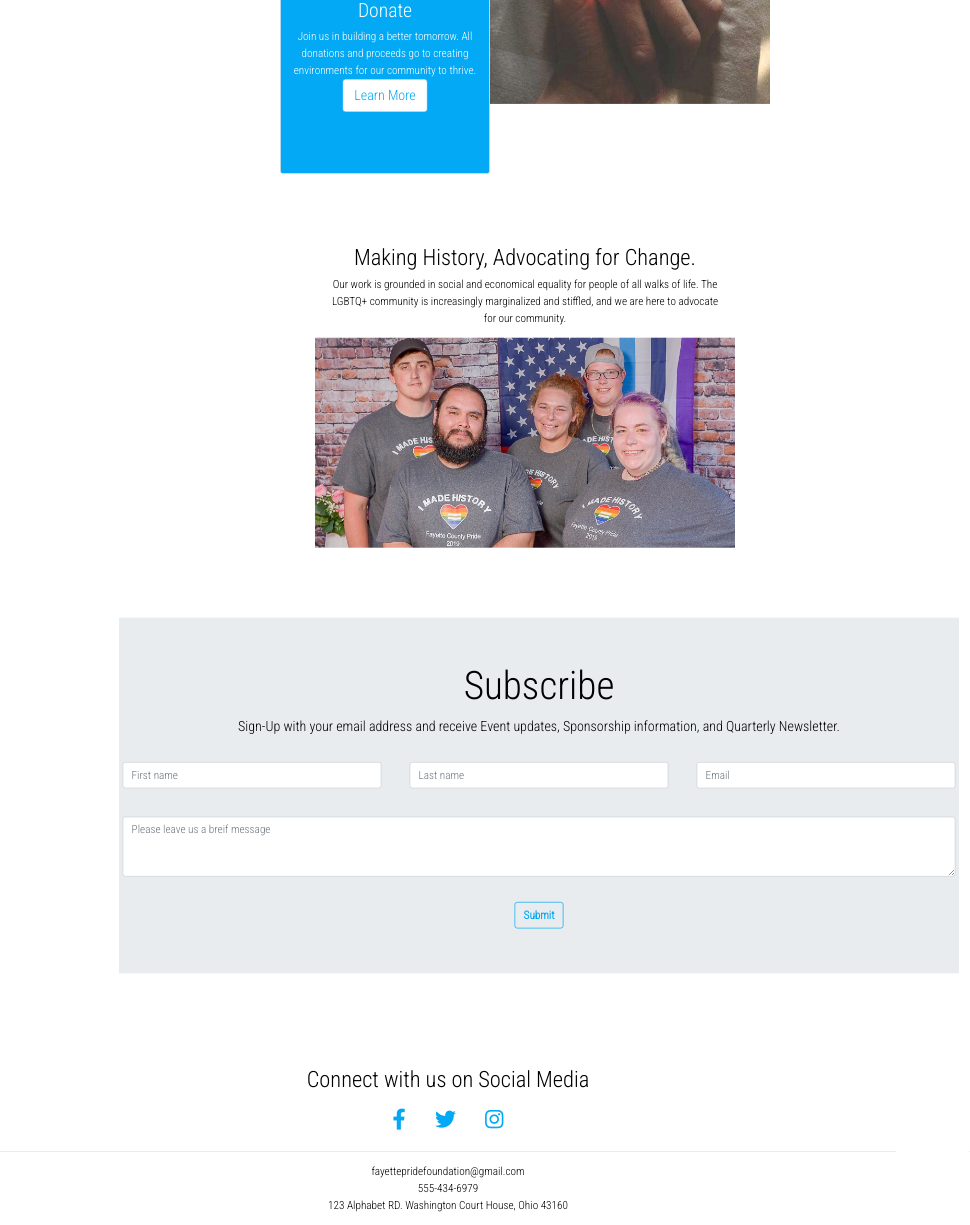
Repository: Code-Institute-Submissions/https-github.com-callendera-Milestone-Project-2
Page: index.html
The author's editor kept a record of every edit. The page is drawn from the files as they stood at one moment, then again after the next edit.
The browser window is 1280 px wide. The page is 1385 px wide, so the pictures cover 1385 px, including what lies to the right of the window. The pictures show the part of the page from y = 2108 to 3868 px (the page is 3858 px tall before and 3868 px after), at 70% of full size.
Backgrounds fixed to the window are drawn as part of the page. Some web libraries are served in a nearby version.

Above is the page before.

### index.html
<!DOCTYPE html>
<html lang="en">

<head>
    <meta charset="UTF-8">
    <meta name="viewport" content="width=device-width, initial-scale=1.0">
    <meta http-equiv="X-UA-Compatible" content="ie=edge">
    <title>Fayette County PRIDE</title>


    <link href="https://fonts.googleapis.com/css?family=Amatic+SC:700|Roboto+Condensed:300&display=swap" rel="stylesheet">

    <!--this code provides my Icons-->
    <link rel="stylesheet" href="https://use.fontawesome.com/releases/v5.8.1/css/all.css" integrity="sha384-50oBUHEmvpQ+1lW4y57PTFmhCaXp0ML5d60M1M7uH2+nqUivzIebhndOJK28anvf" crossorigin="anonymous">
    <!--this code allows me to use bootstrap styles and pieces of code-->
    <link rel="stylesheet" href="https://stackpath.bootstrapcdn.com/bootstrap/4.3.1/css/bootstrap.min.css" integrity="sha384-ggOyR0iXCbMQv3Xipma34MD+dH/1fQ784/j6cY/iJTQUOhcWr7x9JvoRxT2MZw1T" crossorigin="anonymous">

    <!--links to my style sheet: style.css-->
    <link rel="stylesheet" href="assets/css/style.css" type="text/css" />

</head>

<body>
    <!--NavBar-->

    <!--Navbar styles are given by the class names. and the navbar is fixed at the top to allow a better UX-->


    <nav class="navbar navbar-light my-navbar navbar-expand-sm fixed-top">
        <a class="navbar-brand my-navbar-brand" href="#">
    <img src="assets/images/logo.jpg" width="175" height="125" class="d-inline-block align-top" alt="Fayette County PRIDE logo">
  </a>

        <!--this code allows my navbar tp be compressed into a navbar toggler on smaller screen sizes-->
        <button class="navbar-toggler ml-auto my-navbar-toggler" type="button" data-toggle="collapse" data-target="#navbarNavDropdown" aria-controls="navbarNavDropdown" aria-expanded="false" aria-label="Toggle navigation">
            <span class="navbar-toggler-icon my-navbar-toggler-icon"></span></button>


        <!--this code targets the toggler-->
        <div class="collapse navbar-collapse" id="navbarNavDropdown">
            <!--these are my links to navigate you through the site-->
            <ul class="navbar-nav my-navbar-nav mr-auto justify-content-center">
                <li class="nav-item mr-2"><a class="nav-link my-nav-link" href="//">Sponsorship</a></li>
                <li class="nav-item mr-2"><a class="nav-link my-nav-link" href="//">Events</a></li>
                <li class="nav-item mr-2"><a class="nav-link my-nav-link" href="//">Volunteer</a></li>
                <li class="nav-item mr-6"><a class="nav-link my-nav-link" href="contact.html">Learn More</a></li>
            </ul>
            <!--This code blocks the button and text from being shown on small screens, but appears on larger screen sizes-->
            <div class="d-none d-lg-block">
                <!--gives the viewer the oportunity to become a sponsor while still browsing the site-->

                <a href="contact.html"><button type="button" class="btn btn-lg my-nav-btn btn-success my-btn">Donate</button></a>
            </div>
        </div>
    </nav>
    <!--navbar-->

    <!--CallOut-->
    <!-- this div allows for a full width container, spanning the entire width of the viewport.-->
    <div class="container-fluid">


        <!--holds the background picture for the landing page-->

        <div class="col-12 callout-container">




        </div>
        <!--callout-->
        <hr>
        <!--Involved-->
        <div class="row text-center involved-margin">

            <span class="border-top-0 rounded border involved-span">
                <div class="involved-padding">
                <h3>Volunteer</h3>
               <p>Get involved and join us in making history. Our work would not be possible without you. We rely on the passion and expertise of volunteers to make our vision a reality. </p> <a href="contact.html"><button type="button" class="btn btn-lg my-nav-btn btn-success my-involved-btn">Learn More</button></a>
                </div>
            </span>


            <div class="involved-div1 rounded-top float-right">
                <!--<img src="assets/images/rainbow.jpg" class="rounded-top float-right" alt="...">-->
            </div>

        </div>
        <div class="row text-center involved-margin">
            <div class="involved-div2 rounded-top float-left">
                <!--<img src="assets/images/vendors.jpg" class="rounded-top float-left" alt="...">-->
            </div>

            <span class="border-top-0 rounded border involved-span">
                <div class="involved-padding">
                <h3>Vendor Application</h3>
             <p>We are looking for locally sourced and community oriented vendors to help represent our foundation. Vendor applications are available in a PDF and online form.<a href="contact.html"><button type="button" class="btn btn-lg my-nav-btn btn-success my-involved-btn">Learn More</button></a></p>
                </div>
            </span>
        </div>
    </div>
    <div class="row text-center involved-margin">

        <span class="border-top-0 rounded border involved-span">
            <div class="involved-padding">
                <h3>Donate</h3>
                <p>Join us in building a better tomorrow. All donations and proceeds go to creating environments for our community to thrive. <a href="contact.html"><button type="button" class="btn btn-lg my-nav-btn btn-success my-involved-btn">Learn More</button></a></p>
                </div>
            </span>

        <div class="involved-div3 rounded-top float-right">
            <!--<img src="assets/images/holding.jpg" class="rounded-top float-right" alt="...">-->
        </div>

    </div>


    <div class="row text-center history-div">
        <div class="col-12 history-col">
            <h2>Making History, Advocating for Change.</h2>
            <p>Our work is grounded in social and economical equality for people of all walks of life. The LGBTQ+ community is increasingly marginalized and stiffled, and we are here to advocate for our community. </p>
        </div>
        <div class="col-12 group-image-div">

        </div>
    </div>
    <div class="jumbotron jumbotron-fluid my-jumbotron text-center">
        <div class="container">
            <h1 class="display-4">Subscribe</h1>
            <p class="lead">Sign-Up with your email address and receive Event updates, Sponsorship information, and Quarterly Newsletter.</p>
        </div>
        <form>
            <div class="row">
                <div class="col-4 my-text-box">
                    <input type="text" class="form-control" placeholder="First name">
                </div>
                <div class="col-4 my-text-box">
                    <input type="text" class="form-control" placeholder="Last name">
                </div>
                <div class="col-4 my-text-box">
                    <input type="email" class="form-control" id="inputEmail3" placeholder="Email">
                </div>
                <div class="form-group col-12 my-text-box">

                    <textarea class="form-control" id="exampleFormControlTextarea1" placeholder="Please leave us a breif message" rows="3"></textarea>
                </div>
                <div class="col-12">
                    <button type="submit" class="btn btn-primary my-btn">Submit</button>
                </div>
            </div>
        </form>
    </div>
    <div class="col-12 social-container text-center">
        <h2 class="social-heading">Connect with us on Social Media</h2>
        <div>



            <!--all social media links are placed within a span to allow them to line up inline-->
            <ul class="list-inline social-media">
                <!--atrribute is given to make the social media symbol a link to the facebook page-->
                <li class="list-inline-item"><a href="//" target="_blank"><i class="fab fa-facebook-f"></i>
                    <span class="sr-only">Facebook</span></a></li>
                <!--atrribute is given to make the social media symbol a link to the twitter page-->
                <li class="list-inline-item"><a href="//" target="_blank"><i class="fab fa-twitter"></i>
                    <span class="sr-only">Twitter</span></a></li>
                <!--atrribute is given to make the social media symbol a link to the youtube page-->
                <li class="list-inline-item"><a href="//" target="_blank"><i class="fab fa-instagram"></i>
                    <span class="sr-only">Instagram</span></a></li>
            </ul>
        </div>
    </div>



    <!--involved-->
    <hr>

    <footer>
        <div class="row text-center">



            <!--entire section gives the user the info on how to contact the band-->



            <div class="col-12">


                <p>fayettepridefoundation@gmail.com</br>
                    555-434-6979</br>
                    123 Alphabet RD. Washington Court House, Ohio 43160
                </p>

            </div>





        </div>
    </footer>
    <!--contactinfo-->
    </div>
    <!--script used for DOM manipulation in modal-->
    <script src="https://code.jquery.com/jquery-3.3.1.slim.min.js" integrity="sha384-q8i/X+965DzO0rT7abK41JStQIAqVgRVzpbzo5smXKp4YfRvH+8abtTE1Pi6jizo" crossorigin="anonymous"></script>

    <!--positioning engine, used throughout webpage-->
    <script src="https://cdnjs.cloudflare.com/ajax/libs/popper.js/1.14.7/umd/popper.min.js" integrity="sha384-UO2eT0CpHqdSJQ6hJty5KVphtPhzWj9WO1clHTMGa3JDZwrnQq4sF86dIHNDz0W1" crossorigin="anonymous"></script>

    <!--script needed to link my bootstrap classes-->
    <script src="https://stackpath.bootstrapcdn.com/bootstrap/4.3.1/js/bootstrap.min.js" integrity="sha384-JjSmVgyd0p3pXB1rRibZUAYoIIy6OrQ6VrjIEaFf/nJGzIxFDsf4x0xIM+B07jRM" crossorigin="anonymous"></script>

    </div>

</body>

</html>

### assets/css/style.css
/** {*/
/*  background: #000 !important;*/
/*  color: #0f0 !important;*/
/*  outline: solid #f00 1px !important;*/
/*}*/


/*--Background Styles--*/
body {
    font-family: 'Roboto Condensed', sans-serif;

    background-color: #ffffff;
    color: black;
}

.callout-container {
    /*--- sets background image for callout container. it is set to not repeat, so the image doesnt stretch, and the image will be centered horizontally and pushed to the top of the container. the background will also not scroll, but remained positioned so things will scroll past it---*/
    background: url("../images/crowd.jpg")no-repeat center center fixed;
    /*--- adjusts background for different browsers ---*/
    -webkit-background-size: cover;
    -moz-background-size: cover;
    -o-background-size: cover;
    background-size: cover;

    /*--- makes the background fit to the container ---*/
    overflow: hidden;

    /*--- aligns and justifies text in container ---*/
    align-items: center;
    justify-content: center;
    /*--- the height that container will take up in the viewport ---*/
    height: 100vh;

}

.involved-container {
    color: black;
    padding-top: 500px;

    /*--- makes the background fit to the container ---*/
    overflow: hidden;

    /*--- aligns and justifies text in container ---*/
    align-items: center;
    justify-content: center;
    /*--- the height that container will take up in the viewport ---*/
    height: 60vh;

}

.opaque-overlay {
    /*---positioned relative to the nearest positioned ancestor---*/
    position: absolute;
    top: 0;
    left: 0;
    /*--- size of overlay to just cover background image ---*/
    height: 100%;
    width: 100%;
    /*--- color of background to be grey but almost transparent to make white text stand out ---*/
    background-color: rgba(0, 0, 0, 0.55);

    /*---pulls content forward to be visible on Z-index axis---*/
    z-index: 1;

}

/*--Navbar Styles--*/

.my-navbar {
    font-family: 'Roboto Condensed', sans-serif;

    /*--- removes margins automatically set by bootstrap ---*/
    margin: 0;
    /*--- removes padding automatically set by bootstrap ---*/
    padding-left: 20px;
    padding-right: 20px;
    padding-bottom: 0;
    padding-top: 0;
    background-color: #ffffff;
    /*--- color of text white ---*/

    height: 150px;
}

.my-navbar-nav {
    /*--- removes padding automatically set by bootstrap ---*/
    padding-left: 30px;
    /*--- color of text white ---*/


}



.my-nav-link {
    /*--- color of text white ---*/
    color: black;
    /*--- color change transition when hovering over my-nav-link ---*/
    transition: all 0.40s ease-in-out;
    -moz-transition: all 0.40s ease-in-out;
    -webkit-transition: all 0.40s ease-in-out;
    -o-transition: all 0.40s ease-in-out;
    /*--- adjustments for each web browser ---*/
}


.my-navbar-toggler {
    /*--- display to fill contents ---*/
    display: contents;
    width: 2em;
    height: 2em;
    /*--- aligns to fit toggler container ---*/
    vertical-align: middle;
    /*--- content aligned according to parent element ---*/
    content: "";
    /*--- toggler doesn't repeat and it center to container ---*/
    background: no-repeat center center;
    /*--- toggler 100% of toggler container ---*/
    background-size: 100% 100%;

    /*--- color of text white ---*/
    color: black;
    /*--- removes margins automatically set by bootstrap ---*/
    margin-right: 30px;
}

.my-navbar-toggler-icon {
    /*--- color of icon white ---*/
    color: black;

}

.my-navbar-brand {
    font-family: 'Amatic SC', cursive;

}

/*--Buttons--*/

.my-btn {
    /*---blue color--*/
    background-color: #28a74500;
    border-color: #03A9F4;
    color: #03A9F4;
    font-weight: 800;

}

.my-btn:hover {
    /*--- color of background: blue ---*/
    background-color: #03A9F4;
    /*--- when mouse is hovered the button will transition for .40seconds to a darker green color. the color will gradually ease in and then ease out. ---*/
    transition: all 0.40s ease-in-out;
    -moz-transition: all 0.40s ease-in-out;
    -webkit-transition: all 0.40s ease-in-out;
    -o-transition: all 0.40s ease-in-out;
    /*--- adjustments for each web browser ---*/
}

.my-involved-btn {
    background-color: #ffffff;
    border-color:  #03A9F4;
    color:  #03A9F4;
}

.my-involved-btn:hover {
    /*--- color of background: blue ---*/
    background-color: #03A9F4;
    /*--- when mouse is hovered the button will transition for .40seconds to a darker green color. the color will gradually ease in and then ease out. ---*/
    transition: all 0.40s ease-in-out;
    -moz-transition: all 0.40s ease-in-out;
    -webkit-transition: all 0.40s ease-in-out;
    -o-transition: all 0.40s ease-in-out;
    /*--- adjustments for each web browser ---*/
}

.social-heading {
    padding-top: 100px;
}

.social-media i {
    /*---blue color--*/
    color: #03A9F4;
    font-size: 30px;
    padding: 15px;
}

.social-media i:hover {
 /*--- color of background: darker green ---*/
    color: #2567ae;
    /*--- when mouse is hovered the button will transition for .40seconds to a darker green color. the color will gradually ease in and then ease out. ---*/
    transition: all 0.40s ease-in-out;
    -moz-transition: all 0.40s ease-in-out;
    -webkit-transition: all 0.40s ease-in-out;
    -o-transition: all 0.40s ease-in-out;
    /*--- adjustments for each web browser ---*/
}


.my-icon i {
    /*---blue color--*/
     color:  #03A9F4;
    font-size: 50px;
}
.my-icon i:hover {
     /*--- color of background: darker blue ---*/
    color: #2567ae;
    /*--- when mouse is hovered the button will transition for .40seconds to a darker blue color. the color will gradually ease in and then ease out. ---*/
    transition: all 0.40s ease-in-out;
    -moz-transition: all 0.40s ease-in-out;
    -webkit-transition: all 0.40s ease-in-out;
    -o-transition: all 0.40s ease-in-out;
    /*--- adjustments for each web browser ---*/
}

/*--- Images ---*/

.involved-div3 {

     background: url("../images/holding.jpg")no-repeat center center;
    /*--- adjusts background for different browsers ---*/
    -webkit-background-size: cover;
    -moz-background-size: cover;
    -o-background-size: cover;
    background-size: cover;

    /*--- makes the background fit to the container ---*/
    overflow: hidden;

    /*--- aligns and justifies text in container ---*/
    align-items: center;
    justify-content: center;

    width: 400px;
    height: 400px;
}

.involved-div2 {

     background: url("../images/vendors.jpg")no-repeat center center;
    /*--- adjusts background for different browsers ---*/
    -webkit-background-size: cover;
    -moz-background-size: cover;
    -o-background-size: cover;
    background-size: cover;

    /*--- makes the background fit to the container ---*/
    overflow: hidden;

    /*--- aligns and justifies text in container ---*/
    align-items: center;
    justify-content: center;

    width: 400px;
    height: 400px;
}

.involved-div1 {

     background: url("../images/rainbow.jpg")no-repeat center center;
    /*--- adjusts background for different browsers ---*/
    -webkit-background-size: cover;
    -moz-background-size: cover;
    -o-background-size: cover;
    background-size: cover;

    /*--- makes the background fit to the container ---*/
    overflow: hidden;

    /*--- aligns and justifies text in container ---*/
    align-items: center;
    justify-content: center;

    width: 400px;
    height: 400px;
}

.involved-padding {
    padding-top: 50px;
}

.involved-margin {
    margin-left: 400px;
    margin-top: 40px;
}

.involved-span {
    width: 300px;
    height: 300px;
    background-color: #03A9F4;
    margin-top: 200px;
    color: #ffffff;
}

.history-div {
    width: 600px;
    margin-left: 450px;
    padding-top: 100px;
}

.group-image-div {

     background: url("../images/group.png")no-repeat center center;
    /*--- adjusts background for different browsers ---*/
    -webkit-background-size: cover;
    -moz-background-size: cover;
    -o-background-size: cover;
    background-size: cover;

    /*--- makes the background fit to the container ---*/
    overflow: hidden;

    /*--- aligns and justifies text in container ---*/
    align-items: center;
    justify-content: center;

    height: 300px;
    width: 800px;
    margin-left: ;

}

/*---MISC.--*/

.my-text-box {
    padding: 20px;
}

.my-jumbotron {
    width: 1200px;
    margin-left: 170px;
    margin-top: 100px;

}

.involved-container {
    padding: 0px;
}

.cover-heading {
    font-family: 'Amatic SC', cursive;
    font-size: 100px;
    padding-top: 100px;

}

/*---Media Queries--*/

@media (min-width: 576px){
    .my-navbar-nav {
    padding-left: 0px;
}

.opaque-overlay {
   height: 60vh;

}

.involved-container {
    padding: 0px;
}



}

@media (min-width: 992px) {

}

@media (min-width: 1200px){

.opaque-overlay {
   height: 90vh;

}


}

After the next edit:
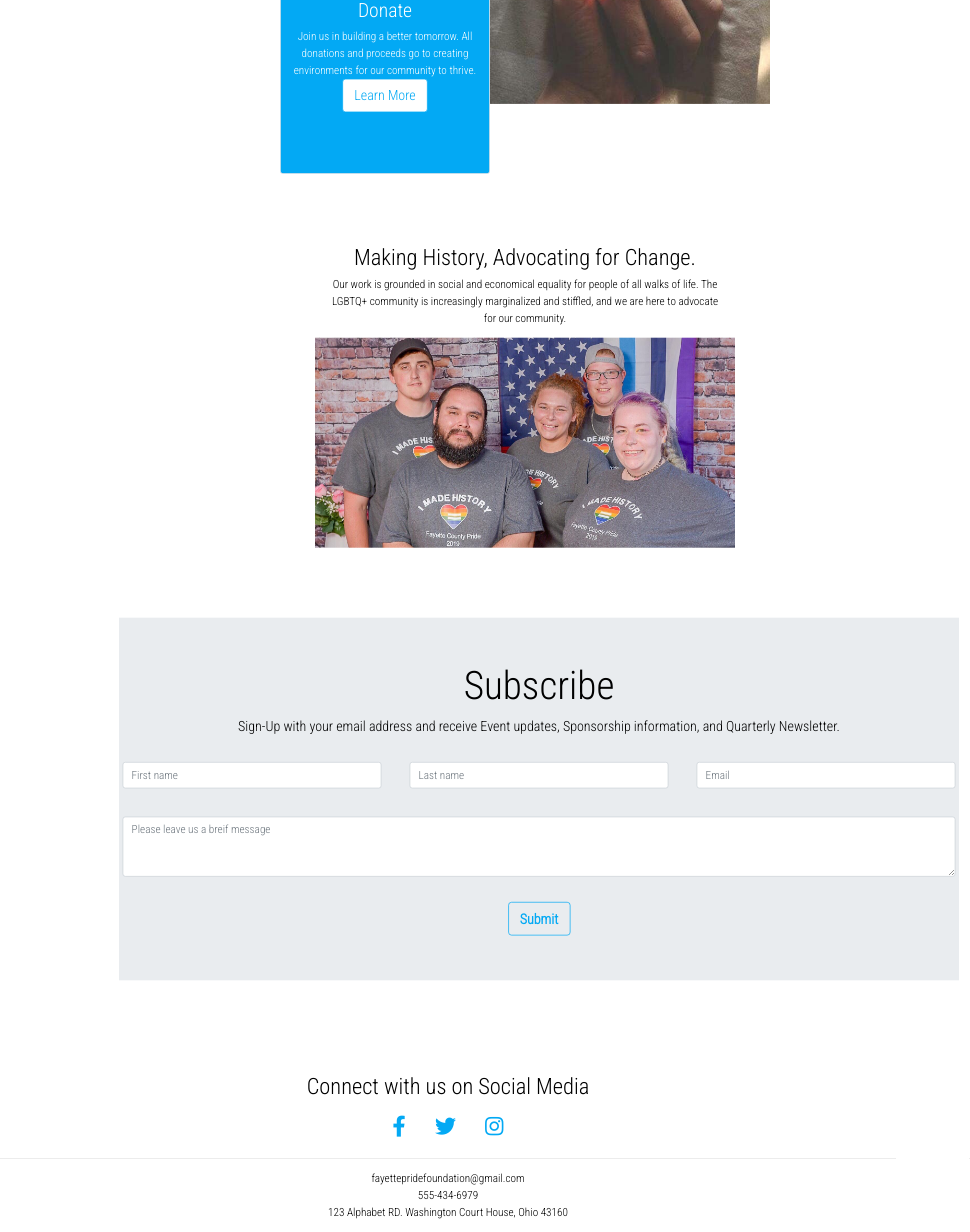
The edit:
--- a/index.html
+++ b/index.html
@@ -145,7 +145,7 @@
                     <textarea class="form-control" id="exampleFormControlTextarea1" placeholder="Please leave us a breif message" rows="3"></textarea>
                 </div>
                 <div class="col-12">
-                    <button type="submit" class="btn btn-primary my-btn">Submit</button>
+                    <button type="submit" class="btn btn-lg btn-primary my-btn">Submit</button>
                 </div>
             </div>
         </form>
